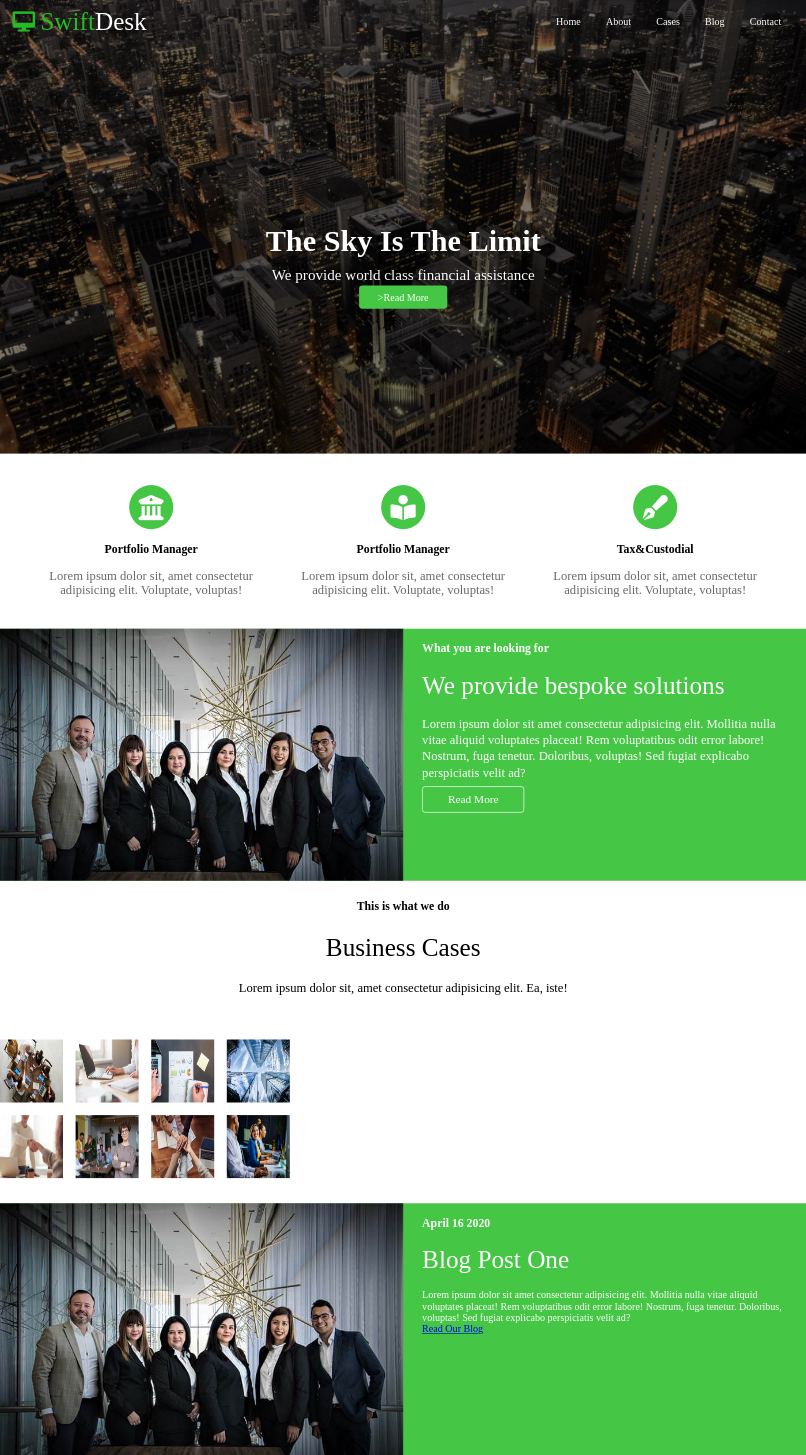
Repository: reemoon-ctrl/swiftdisk-Website-Flexbox
Page: index.html
The author's editor kept a copy of each file at every save. The page is drawn from the files as they stood at one save, then again after the next save.
The browser window is 1280 px wide. The pictures show the whole page, at 63% of full size.

Above is the page before, as saved 2024-07-27 09:49:59.

### index.html
<!DOCTYPE html>
<html lang="en">
<head>
    <meta charset="UTF-8">
    <meta name="viewport" content="width=device-width, initial-scale=1.0">
    <title>
        Swift Desk
    </title>
    <link rel="stylesheet" href="https://cdnjs.cloudflare.com/ajax/libs/font-awesome/6.0.0-beta3/css/all.min.css">

    <link rel="stylesheet" href="index.css">
</head>
<body>
    <div class="show-case">
        <header>
            <div class="nav-bar">
                <div class="title-bar">
                    <i class="fas fa-desktop fa-2x" style="color: rgb(37, 187, 37)"></i>
                    <h1 class="title"><span class="fword"> Swift</span>Desk</h1>
                </div>
                <div class="link-bar">
                    <a href="">Home</a>
                    <a href="#about">About</a>
                    <a href="">Cases</a>
                    <a href="">Blog</a>
                    <a href="">Contact</a>
                </div>
            </div>
        </header>
        <header class="hd-content">
            <h1>The Sky Is The Limit</h1>
            <p>We provide world class financial assistance
            </p>
            <a href="">>Read More</a>

        </header>

    </div>
    <main>
        <div class="about-section">
            <ul id="about"class="about-srvice" >
                <li><i class="fas fa-university " ></i>
                    <h3>Portfolio Manager</h3>
                    <p>Lorem ipsum dolor sit, amet consectetur adipisicing elit. Voluptate, voluptas!</p>
                </li>
                <li><i class="fas fa-book-open-reader " ></i>
                    <h3>Portfolio Manager</h3>
                    <p>Lorem ipsum dolor sit, amet consectetur adipisicing elit. Voluptate, voluptas!</p></li>
                <li><i class="fas fa-pen-fancy " ></i>
                    <h3>Tax&Custodial</h3>
                    <p>Lorem ipsum dolor sit, amet consectetur adipisicing elit. Voluptate, voluptas!</p></li>
            </ul>
        </div>
        <div>
            <div class="solutions">
                <div class="img"></div>
                <div class="solution-content">
                    <h3>What you are looking for</h3>
                    <h2>We provide bespoke solutions</h2>
                    <p>Lorem ipsum dolor sit amet consectetur
                        adipisicing elit. Mollitia nulla vitae aliquid voluptates placeat! Rem voluptatibus odit error labore! Nostrum, fuga tenetur. Doloribus, voluptas! Sed
                        fugiat explicabo perspiciatis velit ad?</p>
                    <a href="index.html">Read More</a>
                 </div>
            </div>
        </div>
        <div class="Business-case">
            <div class="Business-case-content">
                <h3>This is what we do</h3>
                <h2>Business Cases</h2>
                <p>Lorem ipsum dolor sit, amet consectetur
                     adipisicing elit. Ea, iste!</p>
            </div>
            <div class="BC-image">
                <img class="BCimg BCimg1" src="/img/cases/cases1.jpg" alt="">
                <img  class="BCimg BCimg2" src="/img/cases/cases2.jpg" alt="">
                <img class="BCimg BCimg3" src="/img/cases/cases3.jpg" alt="">
                <img class="BCimg BCimg4" src="/img/cases/cases4.jpg" alt="">
                <img class="BCimg BCimg5" src="/img/cases/cases5.jpg" alt="">
                <img class="BCimg BCimg6" src="/img/cases/cases6.jpg" alt="">
                <img class="BCimg BCimg7" src="/img/cases/cases7.jpg" alt="">
                <img class="BCimg BCimg8" src="/img/cases/cases8.jpg" alt="">
            </div>
        </div>

        <div>
            <div class="blog">
                <div class="img"></div>
                <div class="blog-content">
                    <h3>April 16 2020</h3>
                    <h2>Blog Post One</h2>
                    <p>Lorem ipsum dolor sit amet consectetur
                        adipisicing elit. Mollitia nulla vitae aliquid voluptates placeat! Rem voluptatibus odit error labore! Nostrum, fuga tenetur. Doloribus, voluptas! Sed
                        fugiat explicabo perspiciatis velit ad?</p>
                    <a href="index.html">Read Our Blog</a>
                 </div>
            </div>
        </div>

    </main>


</body>
</html>

### index.css
*{
    box-sizing: border-box;
    margin: 0;
    padding: 0;
}
body{

}
.nav-bar{
    display: flex;
    justify-content:space-between ;
    padding: 10px 20px;
    color:#fff;




}
.title-bar{
    align-items: center;
    flex-grow: 1;
    display: flex;
    gap:.5rem;


}
.title-bar h1{
    display:inline-block;
    font-size:2.5rem;
    font-weight: 400;
}

.link-bar{

    /* flex-grow:1 ; */
    align-self: center;
    display: flex;
}
.link-bar a{
    padding: 10px 20px;
    color:#fff;
    text-decoration: none;


}
.link-bar a:hover{
    border-bottom: 1px #25bb25 solid;
}
.fword{
    color:#25bb25;
}
.show-case{
   height:100vh;
   text-align: center;
   color:#fff;

   background:  url('img/home/showcase.jpg') no-repeat center center/cover ;
}
.hd-content{
    padding-top: 18rem;
}
.hd-content h1{
    font-size: 3rem;
}
.hd-content p{
    font-size: 1.5rem;
    padding-top: .8rem;
    padding-bottom: .8rem;
}
.hd-content a{
    color: #fff;
    background:#45c745 ;
    padding: 10px 30px;
    border-radius: 5px;
    text-decoration: none;
    text-align: center;
}
.about-section ul{
    display: flex;
    list-style: none;
    gap: 20px;

}
.about-srvice{
    padding: 50px ;
}
.about-srvice li{
    text-align: center;
}
.about-srvice li i{
    background-color: rgb(69, 199, 69);
    color:#fff;
    width:70px;
    height: 70px;
    border-radius: 70px;
    font-size: 40px;
    padding-top:15px ;


}
.about-srvice li h3{
    padding-top: 20px;
}
.about-srvice li p{
    padding-top: 20px;
    font-size: 20px;
    color: dimgrey;
}

.solutions{
    display:flex;
    background: #45c745;

}
.img{
    width:50%;
    background: url('/img/home/people.jpg') center center/cover no-repeat;

}
.solution-content{
    color:#fff;
    padding:20px 30px;
}
.solution-content{
    height:25rem;
    width: 50%;
}
.solution-content h2{
    font-size: 40px;
    font-weight: 500;
    padding: 1.5rem 0px;
}
.solution-content p{
    font-size: 20px;
    line-height: 1.3;
    margin-bottom: 20px;
}
.solution-content a{
    padding: 10px 40px;
    border: 1px solid;
    color:#fff;
    text-decoration: none;
    border-radius: 5px;
    font-size: 18px;

}
.Business-case{
    width: 100vw;
}
.Business-case-content{
    text-align: center;
    padding-left: 30px;
    padding-right: 30px;
}
.Business-case-content h3{
    padding: 30px 0px;
}
.Business-case-content h2{
   padding-bottom: 30px;
    font-size: 40px;
    font-weight: 500;
}
.Business-case-content p{
    padding-bottom: 30px;
    font-size: 20px;
}
.BC-image{
    display: grid;
    grid-template-columns:100px 100px 100px 100px ;
   gap: 20px;
   padding: 40px 0px;
}
.BCimg{
    width: 100px;
    height:100px;

}
/* //////////////////////////////////// */
.blog{
    display:flex;
    background: #45c745;

}
.img{
    width:50%;
    background: url('/img/home/people.jpg') center center/cover no-repeat;

}
.blog-content{
    color:#fff;
    padding:20px 30px;
}
.blog-content{
    height:25rem;
    width: 50%;
}
.blog-content h2{
    font-size: 40px;
    font-weight: 500;
    padding: 1.5rem 0px;
}
.solution-content p{
    font-size: 20px;
    line-height: 1.3;
    margin-bottom: 20px;
}
.solution-content a{
    padding: 10px 40px;
    border: 1px solid;
    color:#fff;
    text-decoration: none;
    border-radius: 5px;
    font-size: 18px;

}

After the next save:
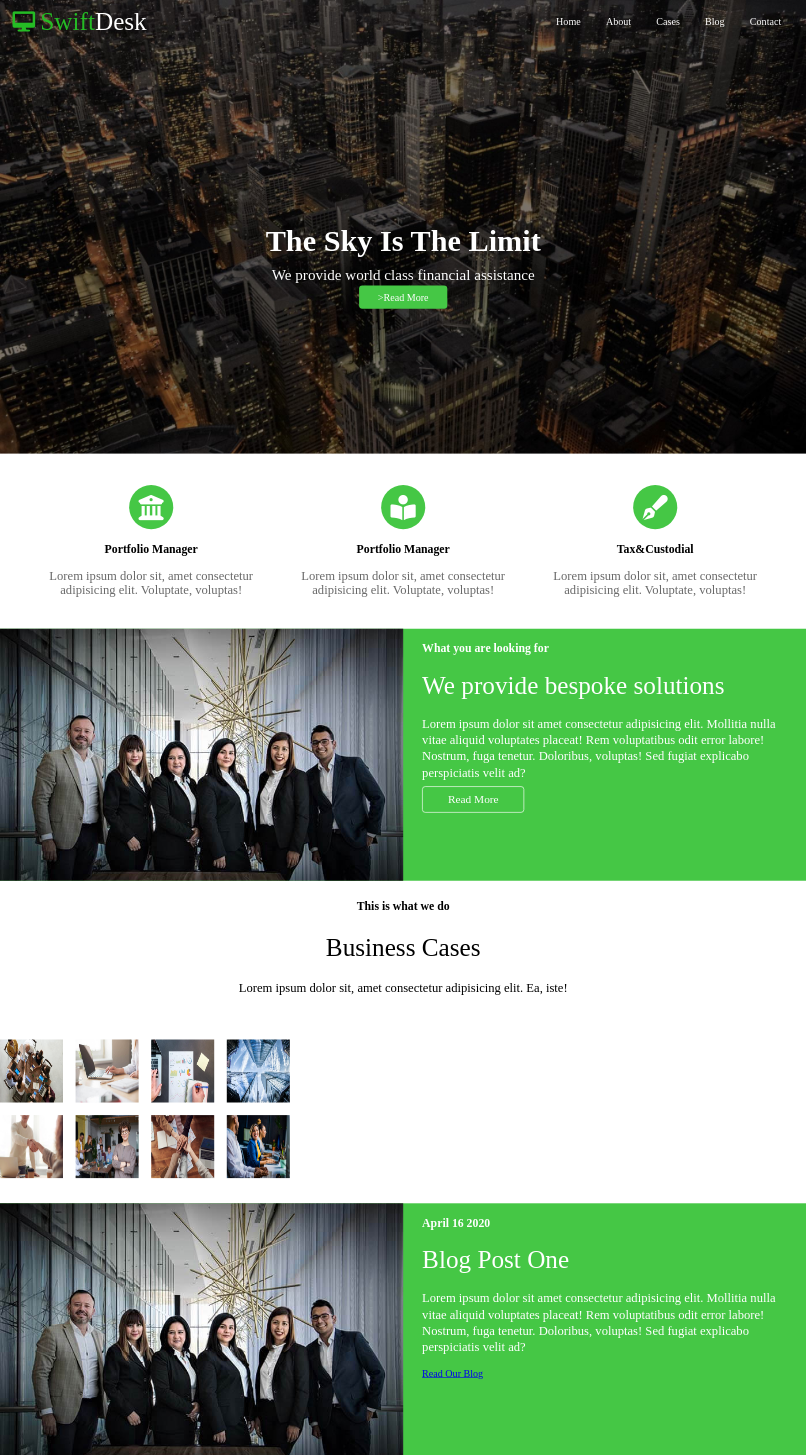
Saved 7 s later.
--- a/index.css
+++ b/index.css
@@ -199,7 +199,7 @@ body{
     font-weight: 500;
     padding: 1.5rem 0px;
 }
-.solution-content p{
+.blog-content p{
     font-size: 20px;
     line-height: 1.3;
     margin-bottom: 20px;
